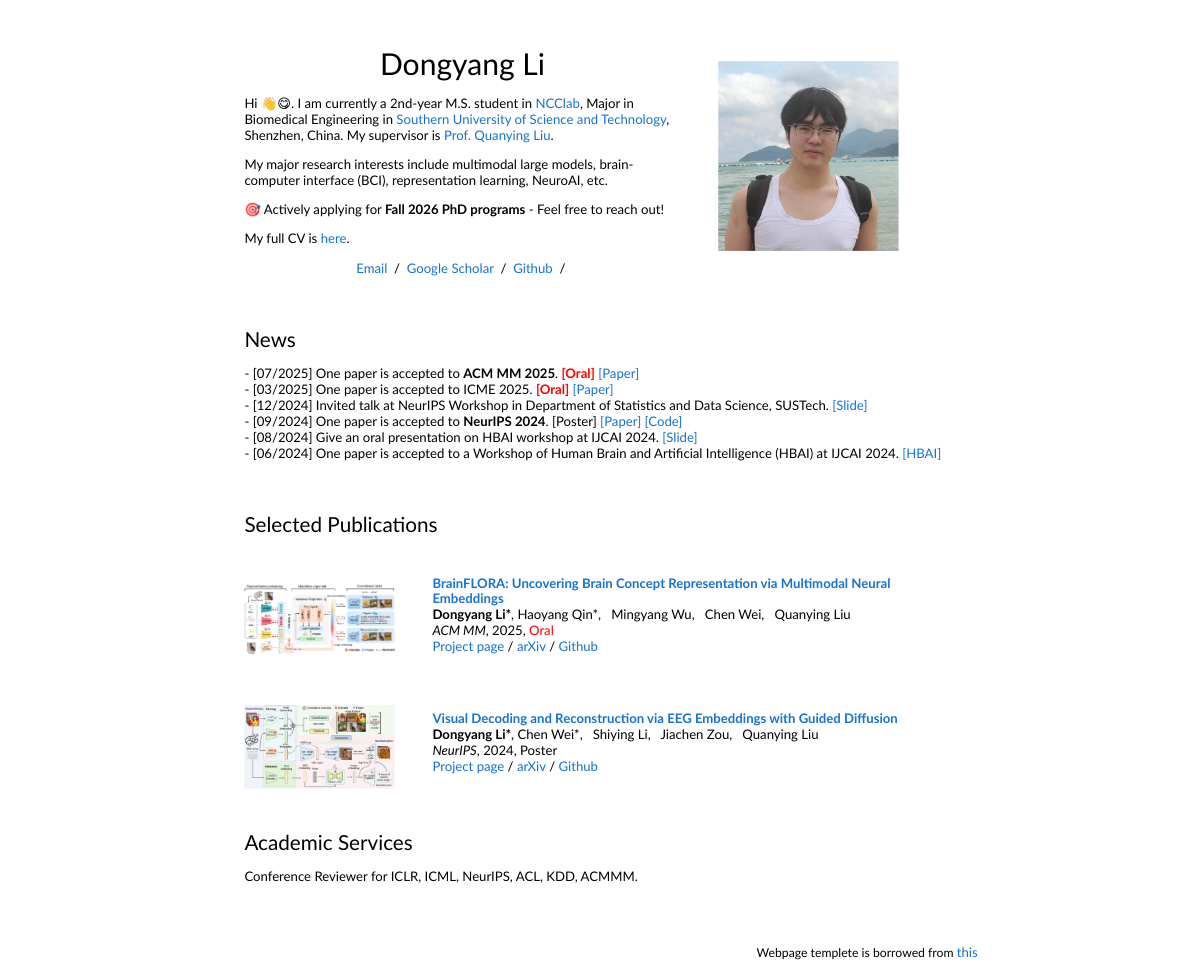
Repository: dongyangli-del/dongyangli-del.github.io
Page: index.html
The author's editor kept a copy of each file at every save. The page is drawn from the files as they stood at one save, then again after the next save.
The browser window is 1280 px wide. The pictures show the whole page, at 94% of full size.

Above is the page before, as saved 2025-07-12 20:36:03.

After the next save:
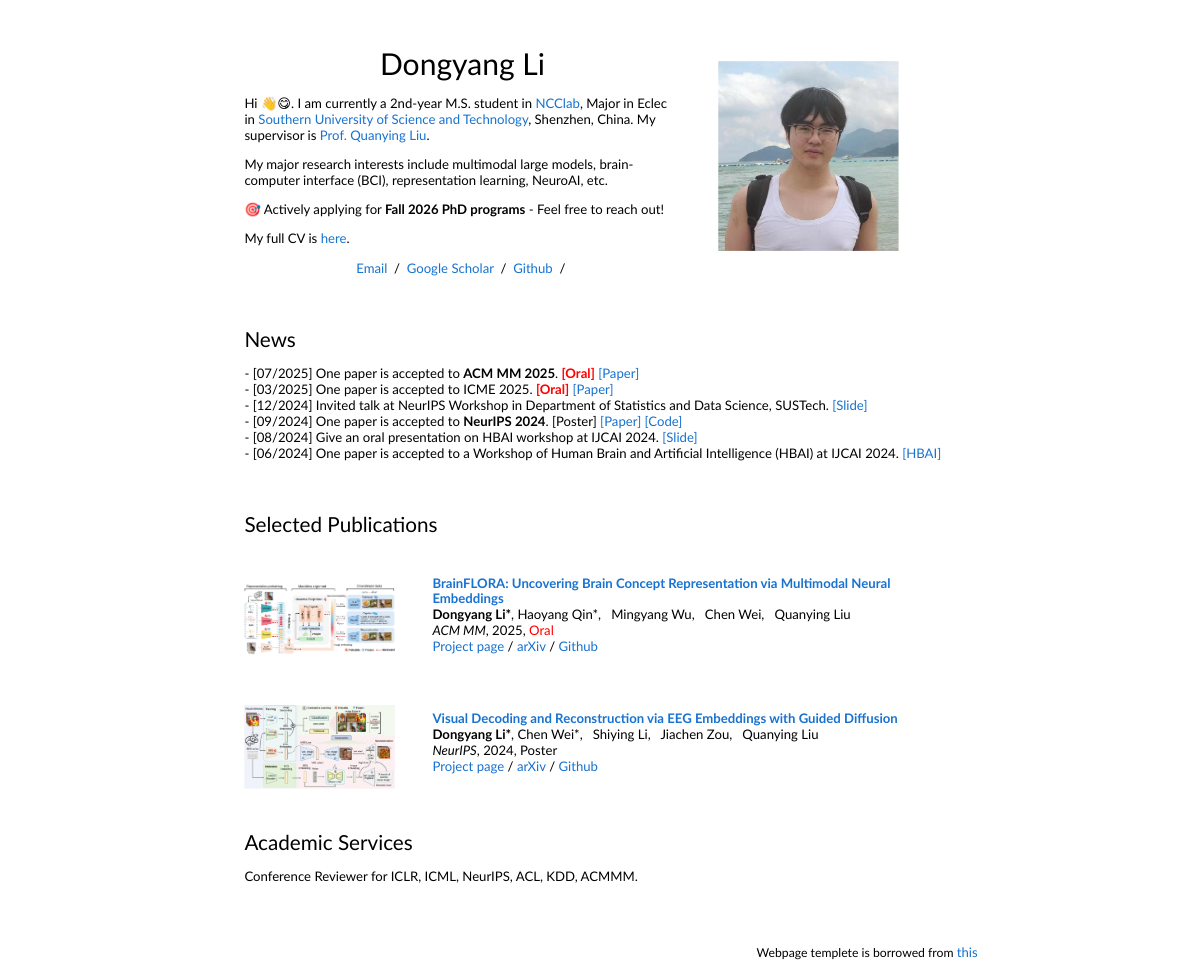
Saved 6 s later.
--- a/index.html
+++ b/index.html
@@ -46,7 +46,7 @@
                 </p>
                 <p>
                   Hi 👋😋.
-                  I am currently a 2nd-year M.S. student in <a href="https://www.sustech.edu.cn/zh/faculties/liuquanying.html">NCClab</a>, Major in Biomedical Engineering in <a href="https://www.sustech.edu.cn/">Southern University of Science and Technology</a>, Shenzhen, China.
+                  I am currently a 2nd-year M.S. student in <a href="https://www.sustech.edu.cn/zh/faculties/liuquanying.html">NCClab</a>, Major in Eclec in <a href="https://www.sustech.edu.cn/">Southern University of Science and Technology</a>, Shenzhen, China.
                   My supervisor is <a href="https://faculty.sustech.edu.cn/?tagid=liuqy&iscss=1&snapid=1&orderby=date&go=1">Prof. Quanying Liu</a>.
                 </p>
                 <p>
